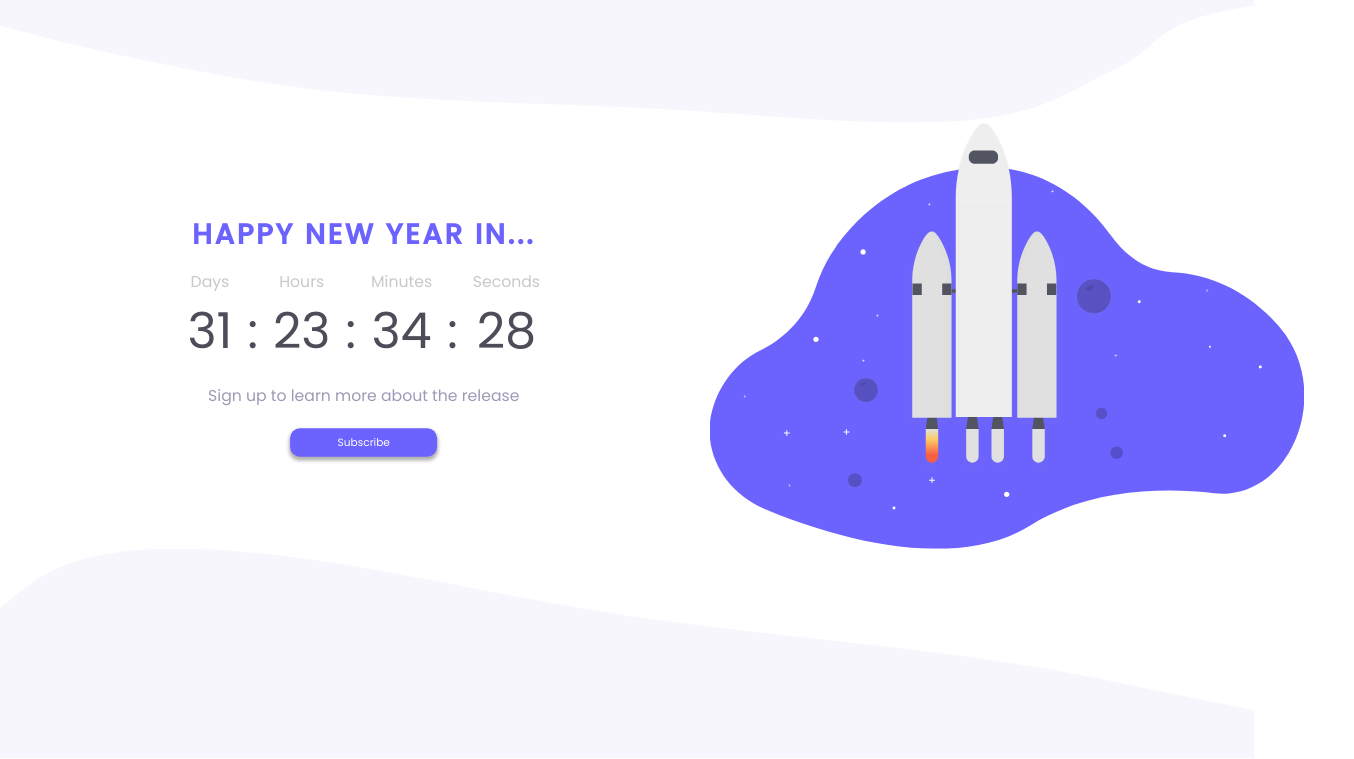
Repository: BrunoBross/countdown
Page: index.html
The author's editor kept a copy of each file at every save. The page is drawn from the files as they stood at one save, then again after the next save.
The browser window is 1280 px wide. The page is 1382 px wide, so the pictures cover 1382 px, including what lies to the right of the window. The pictures show the whole page, at 98% of full size.

Above is the page before, as saved 2021-11-30 01:37:48.

After the next save:
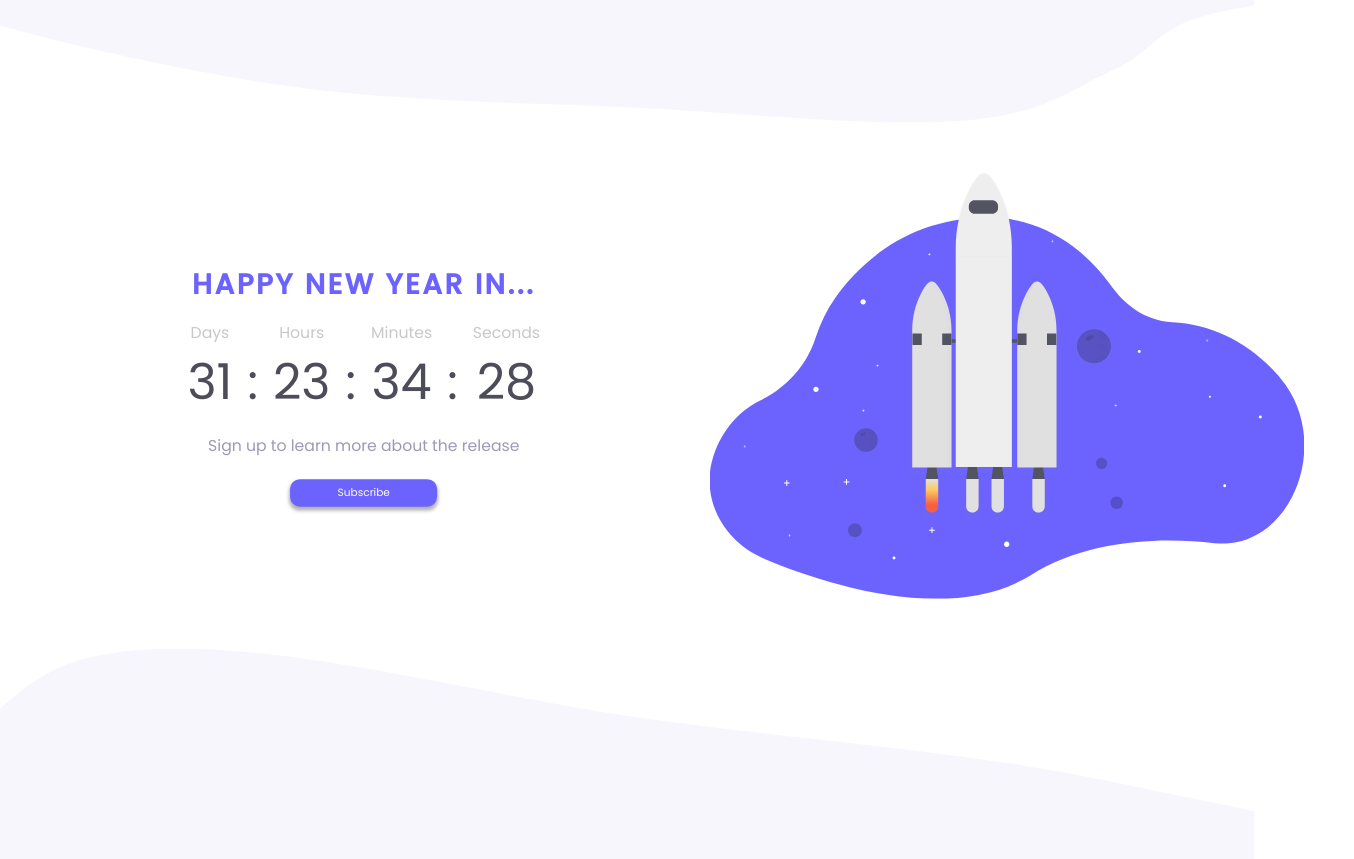
Saved 32 s later.
--- a/style.css
+++ b/style.css
@@ -15,7 +15,7 @@ body{
 }
 
 .center{
-  padding: 0 4vw;
+  padding: 4vw;
   display: flex;
   justify-content: space-between;
   flex-wrap: wrap;
